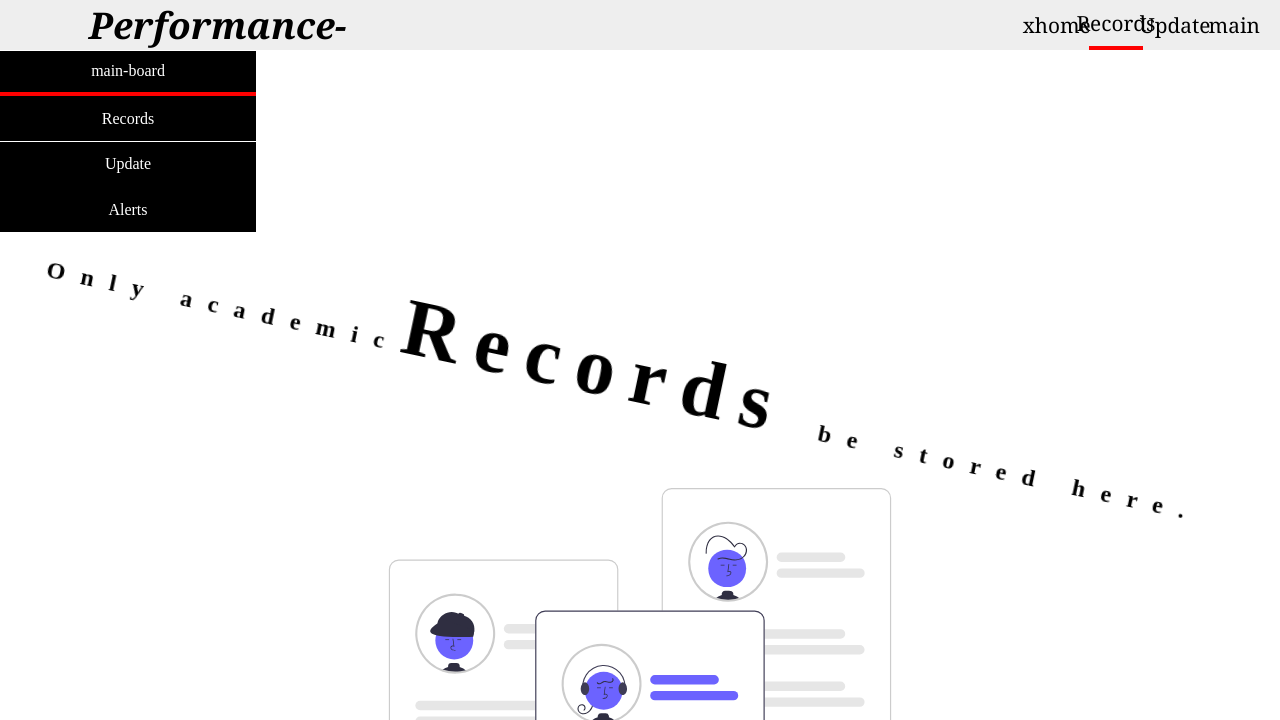
Repository: 3x3cu7er/Shax_001
Page: http://localhost/temp_access_student/
An editor plug-in stored every save of this project. The page is shown before and after the next save, followed by the edit.
The browser window is 1280 px wide. The pictures show the whole page.
An inner scrolling area shows only its first screen. The page is served by the project's application, run on Django 4.2 (manage.py). Other server files are loaded and not shown.

Above is the page before, as saved 2024-01-21 02:39:44.

### _3x3c47er_Sino_sys/template/temp_access_stud.html
{% load static %}
<!DOCTYPE html>
<html lang="en">
  <head>
    <meta charset="UTF-8" />
    <meta name="viewport" content="width=device-width, initial-scale=1.0" />
    <title>...</title>
    <link rel="stylesheet" href="{% static '/css/accessStudent.css' %}" />
  </head>
  <body>
    <div class="container">
      <!-- navigation system -->
      <div class="nav">
        <div class="logo">Academic Performance-dashboard</div>
        <div class="links">
          <a href="{% url 'xmain'%}">xhome</a>
          <a href="" class="under">Records</a>
          <a href="{% url 'xupdate'%}">Update</a>
          <a href="{% url 'xlanding'%}">main</a>
        </div>
      </div>
      <div class="elements">
        <a href="{% url 'xactive'%}" class="under">main-board</a>
        <a href="{% url 'temp_access_student'%}">Records</a>
        <a href="{% url 'xupdate'%}">Update</a>
        <a href="#later">Alerts</a>
      </div>
      <!-- platforms -->
      <div class="platforms">
        <h2>Only academic<span>Records </span> be stored here.</h2>
        <div class="design">
          <img src="/static/css/icons/record.svg" alt="" />
        </div>
        <div class="section">
          <div class="formContainer">
            <h3>Academic records Info account.</h3>
            <h3>Record ID: {{rid}}.</h3>
            <form action="" method="post">
              {% csrf_token %}
              <div class="formItem">
                <label for="">Record ID:</label>
                <input type="text" name="recordID" placeholder="uid for record
                ." ." />
              </div>
              <div class="formItem">
                <label for="">Reference ID:</label>
                <input
                  type="text"
                  name="referencing"
                  placeholder="record
                reference id ."
                />
              </div>
              <div class="formItem">
                <label for="">Course:</label>
                <input
                  type="text"
                  name="course"
                  placeholder="course of study."
                />
              </div>
              <!-- <div class="formItem">
                <label for="">Level:</label>
                <input type="text" name="level" placeholder="Y e a r.." />
              </div>
              <div class="formItem">
                <label for="">Semester:</label>
                <input type="text" name="semester" placeholder="Semester.." />
              </div> -->
              <div class="formItem">
                <label for="">Cumulative Weighted Average (cwa):</label>
                <input type="text" name="cwa" placeholder="cwa.." />
              </div>
              <div class="formItem">
                <input type="submit" value="Record" />
              </div>
            </form>
          </div>
        </div>
      </div>
    </div>
  </body>
</html>

### _3x3c47er_Sino_sys/_hadez_/views.py
from django.shortcuts import render

# Create your views here.
# system navs


def x1(request):
    return render(request, "xterminal.html")


# system navs
def x2(request):
    return render(request, "xupdate.html")


# system navs
def x3(request):
    return render(request, "xbase.html")


# system navs
def x4(request):
    return render(request, "xmain.html")


# system navs
def x5(request):
    return render(request, "sys_manage.html")


# system navs
def x6(request):
    return render(request, "root_parent.html")


# system navs
def x7(request):
    return render(request, "dash_content_overview.html")


# system navs
def x8(request):

    # if request.method == 'POST':
    #     uname = '*****'
    #     addr = 'account@mail.com'
    #     refnum = '**********'
    #     commentRef = request.POST.get('comID')
    #     label = request.POST.get('label')
    #     message = request.POST.get('message')
    #     newComment = comments(commentID=commentRef, label=label, details=message)
    #     newComment.save()

    if request.method == 'GET':
        uname = '*****'
        addr = 'account@mail.com'
        refnum = '**********'
        ref = request.GET.get('search')
        # users = userCredentials.objects.all()
        # for userAccount in users:
        #     if str(userAccount.referenceNumber) == str(ref):
        #         print('yh..')
        #         uname = userAccount.uname
        #         addr = userAccount.Address
        #         refnum = userAccount.referenceNumber

    return render(request, 'xlanding.html', {'uname':uname, 'addr':addr, 'refnum':refnum})


# system navs
def x9(request):
    return render(request, "xhome.html")


# system navs
def x10(request):
    return render(request, "board_confg.html")


# system navs
def x11(request):
    return render(request, "temp_access_stud.html")


# system navs
def x12(request):
    return render(request, "confg.html")


# system navs
def x13(request):
    return render(request, "xplatform.html")


# system navs
def x14(request):
    return render(request, "sys_major_home.html")

### _3x3c47er_Sino_sys/_3x3c47er_Sino_sys/urls.py
"""_3x3c47er_Sino_sys URL Configuration

The `urlpatterns` list routes URLs to views. For more information please see:
    https://docs.djangoproject.com/en/4.0/topics/http/urls/
Examples:
Function views
    1. Add an import:  from my_app import views
    2. Add a URL to urlpatterns:  path('', views.home, name='home')
Class-based views
    1. Add an import:  from other_app.views import Home
    2. Add a URL to urlpatterns:  path('', Home.as_view(), name='home')
Including another URLconf
    1. Import the include() function: from django.urls import include, path
    2. Add a URL to urlpatterns:  path('blog/', include('blog.urls'))
"""
from django.contrib import admin
from django.urls import path, include

urlpatterns = [
    path('admin/', admin.site.urls),
    path("", include("_hadez_.urls")),
    path("xterminal/", include("_hadez_.urls")),
    path('main/', include('_hadez_.urls')),
    path('update-my-data/', include('_hadez_.urls')),
    path('records/', include('_hadez_.urls')),
    path('menu/', include('_hadez_.urls')),
    path('monitor/', include('_hadez_.urls')),
    path('dash_content_overview/', include('_hadez_.urls')),
    path('platform/', include('_hadez_.urls')),
]

### _3x3c47er_Sino_sys/_hadez_/urls.py
from django.urls import path
from . import views
urlpatterns = [
    path("xterminal/", views.x1, name="xterminal"),
    path("xupdate/", views.x2, name="xupdate"),
    path("xbase/", views.x3, name="xbase"),
    path("xmain/", views.x4, name="xmain"),
    path("sys_manage/", views.x5, name="sys_manage"),
    path("root_parent/", views.x6, name="root_parent"),
    path("dash_content_overview/", views.x7, name="dash_content_overview"),
    path("xlanding/", views.x8, name="xlanding"),
    path("", views.x9, name="xhome"),
    path("board_confg/", views.x10 , name="board_confg"),
    path("temp_access_student/", views.x11 , name="temp_access_student"),
    path("xactive/", views.x12 , name="xactive"),
    path("xplatform/", views.x13 , name="xplatform"),
    path("sys_major/", views.x14 , name="sys_major"),
]

### _3x3c47er_Sino_sys/static/css/accessStudent.css
* {
  margin: 0;
  padding: 0;
  box-sizing: border-box;
}
body {
  width: 100%;
  height: 100vh;
  display: flex;
  flex-direction: column;
  overflow: hidden;
}
.container {
  width: 100%;
  height: 100%;
  overflow: hidden;
}

.design {
  width: 100%;
  height: 80%;
  text-align: center;
  margin-top: 10%;
}
.design img {
  width: 90%;
  height: 90%;
}
.elements {
  width: 20%;
  height: 25%;
  /* position: relative;
  left: 75%;
  display: flex;
  align-items: center;
  text-align: center;
  flex-direction: column;
  background: transparent;
  display: none; */
}
.elements a {
  text-decoration: none;
  color: white;
  margin-top: 0.2%;
  width: 100%;
  height: 25%;
  background: black;
  display: flex;
  justify-content: center;
  align-items: center;
}
.nav {
  width: 100%;
  height: 7%;
  overflow: hidden;
  position: sticky;
  top: 0;
  text-align: center;
  background: #eee;
  display: flex;
  gap: 45%;
}
.nav .logo {
  width: 45%;
  height: 100%;
  display: flex;
  justify-content: center;
  align-items: center;
  text-align: center;
  font-size: 2.3rem;
  font-weight: bold;
  font-style: italic;
  font-family: Georgia, "Times New Roman", Times, serif;
}

.nav .links {
  width: 25%;
  height: 100%;
  display: flex;
  gap: 2%;
  align-items: center;
  justify-content: center;
  font-size: 1.2rem;
  font-family: Georgia, "Times New Roman", Times, serif;
  text-decoration: none;
  transition: 0.5s ease-in-out;
  -webkit-transition: 0.5s ease-in-out;
  -moz-transition: 0.5s ease-in-out;
  -ms-transition: 0.5s ease-in-out;
  -o-transition: 0.5s ease-in-out;
}
.nav .links a {
  text-decoration: none;
  font-size: 1.3rem;
  width: 20%;
  height: 100%;
  display: flex;
  align-items: center;
  justify-content: center;
  color: black;
}

.under {
  border-bottom: 0.3rem solid red;
}
.platforms {
  height: 93%;
  width: 100%;
  overflow: auto;
  text-align: center;
  padding-top: 3%;
  transition: 0.5s ease-in-out;
  -webkit-transition: 0.5s ease-in-out;
  -moz-transition: 0.5s ease-in-out;
  -ms-transition: 0.5s ease-in-out;
  -o-transition: 0.5s ease-in-out;
}
.platforms h2 {
  animation: enlarge 1s linear infinite;
  -webkit-animation: enlarge 1s linear infinite;
}
@keyframes enlarge {
  0% {
    transform: translateY(60px);
    letter-spacing: 1rem;
    -webkit-transform: translateY(60px);
    -moz-transform: translateY(60px);
    -ms-transform: translateY(60px);
    -o-transform: translateY(60px);
    rotate: 12deg;
  }
  50% {
    rotate: 2deg;
    transform: translateY(-20px);
    -webkit-transform: translateY(-20px);
    -moz-transform: translateY(-20px);
    -ms-transform: translateY(-20px);
    -o-transform: translateY(-20px);
  }
  100% {
    transform: translateY(-30px) translateZ(40px);
    -webkit-transform: translateY(-30px) translateZ(40px);
    -moz-transform: translateY(-30px) translateZ(40px);
    -ms-transform: translateY(-30px) translateZ(40px);
    -o-transform: translateY(-30px) translateZ(40px);
  }
}
.platforms h2 span {
  font-size: 5rem;
}
.section {
  width: 80%;
  height: 100%;
  margin-left: 10px;
  margin-top: 1%;
  border-radius: 60px;
  -webkit-border-radius: 60px;
  -moz-border-radius: 60px;
  -ms-border-radius: 60px;
  -o-border-radius: 60px;
}
.formContainer {
  margin-top: 7%;
  width: 70%;
  height: 140%;
  background: #eee;
  box-shadow: 2px 5px 1.4rem rgba(0, 0, 0, 0.448);
  border-radius: 20px;
  margin-left: 25%;
  -webkit-border-radius: 20px;
  -moz-border-radius: 20px;
  -ms-border-radius: 20px;
  -o-border-radius: 20px;
  padding-top: 5%;
  overflow: hidden;
  margin-bottom: 15%;
}
.formContainer h3 {
  font-size: 3rem;
}
.formItem label {
  margin-top: 2%;
  margin-left: 5%;
  font-size: 1.25rem;
}
form {
  width: 80%;
  height: 100%;
  margin-top: 5%;
  margin-left: 5%;
  margin-bottom: 10%;
}

.formItem input[type="text"],
.formItem input[type="email"],
.formItem input[type="password"] {
  outline: none;
  border: none;
  width: 84%;
  padding-left: 1rem;
  margin-top: 4%;
  font-size: 1.2rem;
  font-family: Georgia, "Times New Roman", Times, serif;
  height: 6vh;
  margin-left: 13%;
  border-radius: 5px;
  -webkit-border-radius: 5px;
  -moz-border-radius: 5px;
  -ms-border-radius: 5px;
  -o-border-radius: 5px;
}
.formItem input[type="submit"] {
  outline: none;
  border: none;
  width: 84%;
  padding-left: 1rem;
  font-size: 2rem;
  font-family: Georgia, "Times New Roman", Times, serif;
  height: 7vh;
  margin-left: 13%;
  border-radius: 5px;
  -webkit-border-radius: 5px;
  -moz-border-radius: 5px;
  -ms-border-radius: 5px;
  -o-border-radius: 5px;
  margin-top: 5%;
}

.formItem {
  display: flex;
  flex-direction: column;
}

@media screen and (max-width: 50rem) {
  body {
    width: 100%;
    height: 100vh;
    transition: 0.5s ease-in-out;
    -webkit-transition: 0.5s ease-in-out;
    -moz-transition: 0.5s ease-in-out;
    -ms-transition: 0.5s ease-in-out;
    -o-transition: 0.5s ease-in-out;
    display: flex;
    align-items: center;
    justify-content: center;
  }
  .container {
    width: 100%;
    height: 100%;
  }

  .platforms {
    width: 100%;
    height: 100%;
  }
  .section:first-child {
    flex-direction: column;
  }
  .rigthSide,
  .leftSide {
    display: none;
  }
  .middleContent {
    width: 100%;
    height: 100%;
  }
  .nav {
    display: flex;
    gap: 2rem;
  }
  .nav .links {
    display: none;
  }
  .nav .logo {
    font-size: 1.2rem;
    width: 60%;
  }
  .middleContent #top,
  .middleContent #bottom {
    animation: none;
    -webkit-animation: none;
    height: 40%;
    position: relative;
    left: 1px;
    border-radius: 20px;
    -webkit-border-radius: 20px;
    -moz-border-radius: 20px;
    -ms-border-radius: 20px;
    -o-border-radius: 20px;
  }
  .middleContent .data {
    width: 98%;
    height: 50%;
  }

  #details .details:first-child {
    display: none;
  }
  #details .details:last-child {
    width: 99%;
    height: 100%;
  }
  .form {
    height: 80%;
  }
  .formItem {
    margin-top: 5%;
  }
  form {
    height: 80%;
  }
  .platforms h2 {
    display: none;
  }
  #details,
  #later {
    height: 70%;
  }
  .section {
    height: 80%;
    width: 100%;
    position: relative;
    right: 25%;
  }
  .formItem input[type="text"],
  .formItem input[type="email"],
  .formItem input[type="password"] {
    width: 98%;
    position: relative;
    right: 10%;
  }
  #later {
    margin-bottom: 15%;
  }
  .formContainer {
    width: 95%;
    height: 120%;
  }
  .formContainer h3 {
    font-size: 1.5rem;
    margin-top: 5%;
  }
}

Loaded but not shown: _3x3c47er_Sino_sys/static/css/icons/record.svg (1 lines, source omitted)

After the next save:
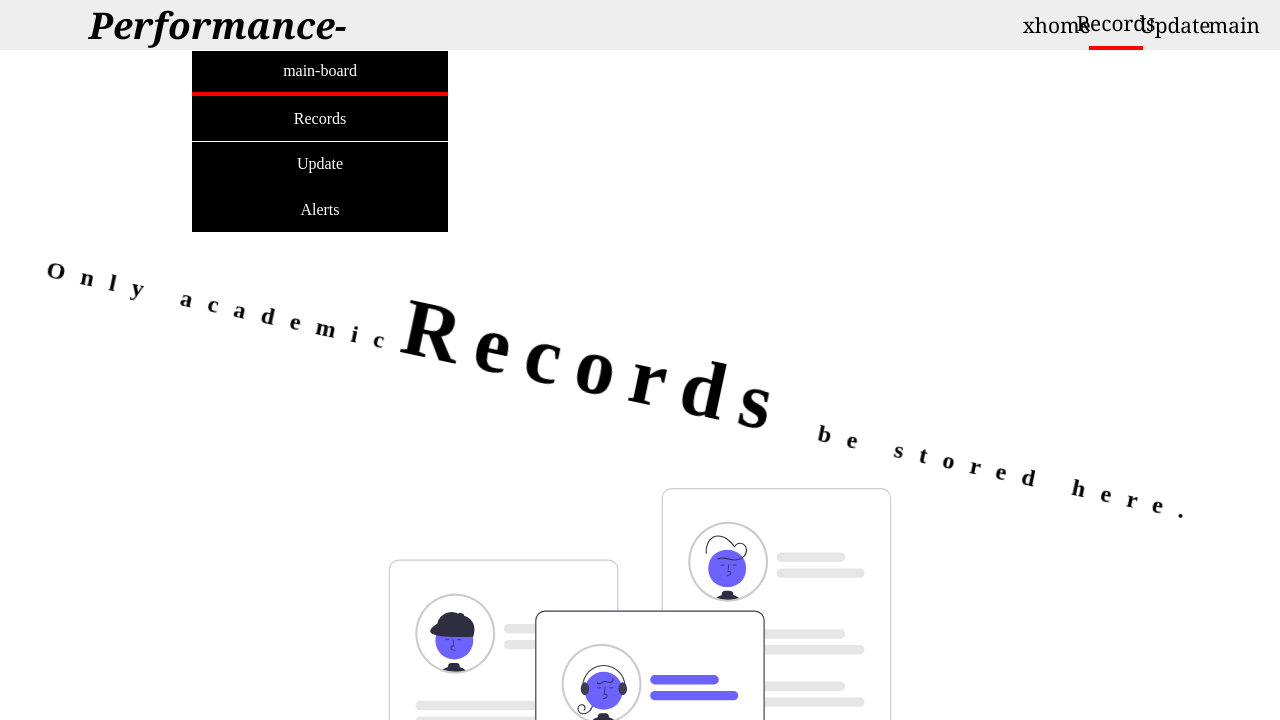
Saved 66 s later.
--- a/_3x3c47er_Sino_sys/static/css/accessStudent.css
+++ b/_3x3c47er_Sino_sys/static/css/accessStudent.css
@@ -43,6 +43,8 @@ body {
   color: white;
   margin-top: 0.2%;
   width: 100%;
+  position: relative;
+  left: 75%;
   height: 25%;
   background: black;
   display: flex;
